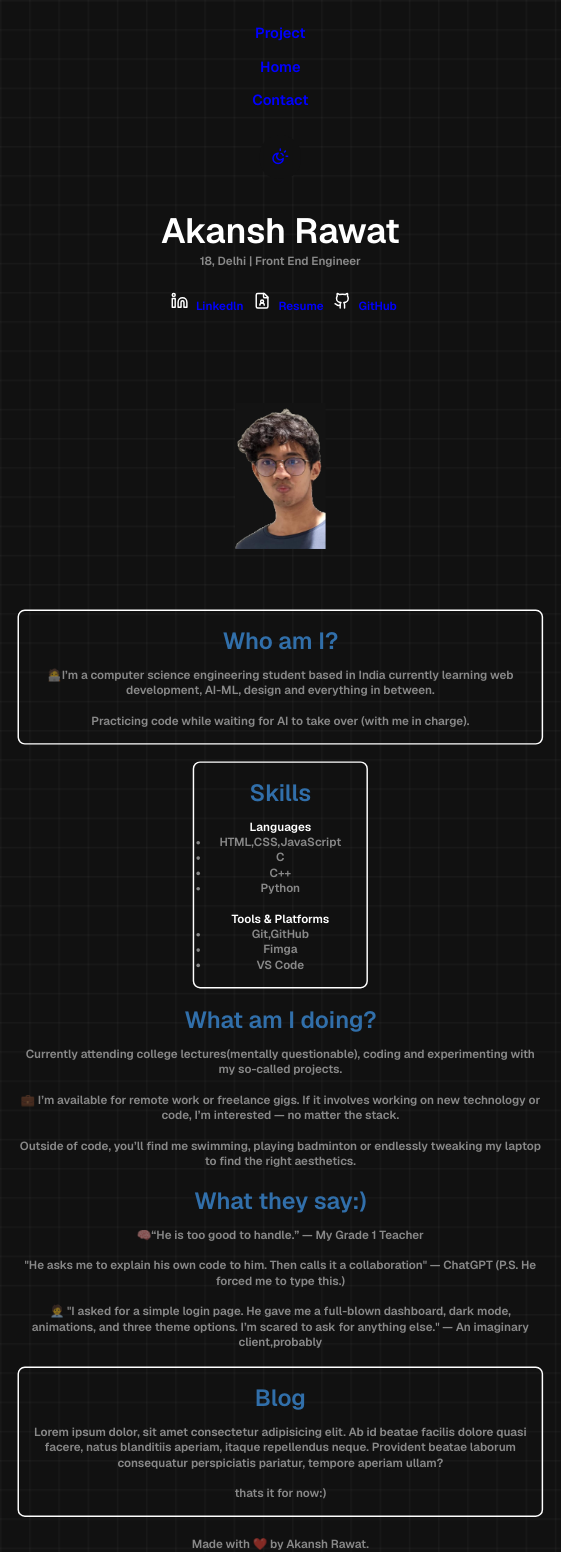
Repository: wakkawakka3/akansh-portfolio
Page: index.html
The author's editor kept a copy of each file at every save. The page is drawn from the files as they stood at one save, then again after a run of saves.
The browser window is 768 px wide. The pictures show the whole page, at 73% of full size.

Above is the page before, as saved 2025-07-14 18:40:54.

### index.html
<!DOCTYPE html>
<html lang="en">
  <head>
    <meta charset="UTF-8" />
    <meta name="viewport" content="width=device-width, initial-scale=1.0" />
    <title>Akansh Rawat</title>
    <link rel="stylesheet" href="style.css" />

    <link
      rel="stylesheet"
      href="https://cdnjs.cloudflare.com/ajax/libs/font-awesome/6.5.0/css/all.min.css"
    />
  </head>

  <body>
    <nav>
      <div class="navigation">
        <a href="project.html"> Project </a>
        <a href="index.html"> Home </a>
        <a href="contact.html"> Contact </a>
      </div>

      <div class="theme">
        <button>
          <svg
            xmlns="http://www.w3.org/2000/svg"
            width="24"
            height="24"
            viewBox="0 0 24 24"
            fill="none"
            stroke="currentColor"
            stroke-width="2"
            stroke-linecap="round"
            stroke-linejoin="round"
            class="lucide lucide-sun-moon-icon lucide-sun-moon"
          >
            <path d="M12 2v2" />
            <path d="M13 8.129A4 4 0 0 1 15.873 11" />
            <path d="m19 5-1.256 1.256" />
            <path d="M20 12h2" />
            <path d="M9 8a5 5 0 1 0 7 7 7 7 0 1 1-7-7" />
          </svg>
        </button>
      </div>
    </nav>

    <header>
      <h1>Akansh Rawat</h1>
      <p>18, Delhi | Front End Engineer</p>

      <div class="links">
        <a href="https://www.linkedin.com/in/akansh-rawat/" target="_blank">
          <svg
            xmlns="http://www.w3.org/2000/svg"
            width="24"
            height="24"
            viewBox="0 0 24 24"
            fill="none"
            stroke="white"
            stroke-width="2"
            stroke-linecap="round"
            stroke-linejoin="round"
            class="lucide lucide-linkedin-icon lucide-linkedin"
            style="margin: 0 10px"
          >
            <path
              d="M16 8a6 6 0 0 1 6 6v7h-4v-7a2 2 0 0 0-2-2 2 2 0 0 0-2 2v7h-4v-7a6 6 0 0 1 6-6z"
            />
            <rect width="4" height="12" x="2" y="9" />
            <circle cx="4" cy="4" r="2" />
          </svg>Linkedln
        </a>

        <a
          href="https://docs.google.com/document/d/1LXMpsQHbVlNELlHlzmizmCAFg_KoqvC19dNGiKBRQNE/edit?usp=sharing"
          target="_blank"
        >
          <svg
            xmlns="http://www.w3.org/2000/svg"
            width="24"
            height="24"
            viewBox="0 0 24 24"
            fill="none"
            stroke="white"
            stroke-width="2"
            stroke-linecap="round"
            stroke-linejoin="round"
            class="lucide lucide-file-user-icon lucide-file-user"
            style="margin: 0 10px"
          >
            <path d="M14 2v4a2 2 0 0 0 2 2h4" />
            <path d="M15 18a3 3 0 1 0-6 0" />
            <path
              d="M15 2H6a2 2 0 0 0-2 2v16a2 2 0 0 0 2 2h12a2 2 0 0 0 2-2V7z"
            />
            <circle cx="12" cy="13" r="2" />
          </svg>Resume
        </a>

        <a href="https://github.com/akansh5" target="_blank">
          <svg
            xmlns="http://www.w3.org/2000/svg"
            width="24"
            height="24"
            viewBox="0 0 24 24"
            fill="none"
            stroke="white"
            stroke-width="2"
            stroke-linecap="round"
            stroke-linejoin="round"
            class="lucide lucide-github-icon lucide-github"
            style="margin: 0 10px"
          >
            <path
              d="M15 22v-4a4.8 4.8 0 0 0-1-3.5c3 0 6-2 6-5.5.08-1.25-.27-2.48-1-3.5.28-1.15.28-2.35 0-3.5 0 0-1 0-3 1.5-2.64-.5-5.36-.5-8 0C6 2 5 2 5 2c-.3 1.15-.3 2.35 0 3.5A5.403 5.403 0 0 0 4 9c0 3.5 3 5.5 6 5.5-.39.49-.68 1.05-.85 1.65-.17.6-.22 1.23-.15 1.85v4"
            />
            <path d="M9 18c-4.51 2-5-2-7-2" />
          </svg>GitHub
        </a>
      </div>
    </header>

    <main>
      <div class="grid-container">
        <div class="image">
          <img src="attachments/profile-photo.jpg" />
        </div>

        <div class="introduction">
          <h2>Who am I?</h2>
          <p>
            🧑‍💻I’m a computer science engineering student based in India currently learning web development,
            AI-ML, design and everything in between.
            <br /><br />
            Practicing code while waiting for AI to take over (with me in
            charge).
          </p>
        </div>

        <div class="skills">
          <h2>Skills</h2>
          Languages
          <ul>
            <li>HTML,CSS,JavaScript</li>
            <li>C</li>
            <li>C++</li>
            <li>Python</li>
          </ul>
          <br />
          Tools & Platforms
          <ul>
            <li>Git,GitHub</li>
            <li>Fimga</li>
            <li>VS Code</li>
          </ul>
        </div>

        <div class="working">
          <h2>What am I doing?</h2>
          <p>
            Currently attending college lectures(mentally questionable),
            coding and experimenting with my so-called projects.
            <br /><br />
            💼 I’m available for remote work or freelance gigs. If it involves
            working on new technology or code, I’m interested — no matter the
            stack. <br /><br />
            Outside of code, you’ll find me swimming, playing badminton or
            endlessly tweaking my laptop to find the right aesthetics.
          </p>
        </div>

        <div class="testimonial">
          <h2>What they say:)</h2>
          <p>🧠“He is too good to handle.” — My Grade 1 Teacher</p>
          <br />
          <p>
            "He asks me to explain his own code to him. Then calls it a
            collaboration" — ChatGPT (P.S. He forced me to type this.)
          </p>
          <br />
          <p>
            🧑‍💼 "I asked for a simple login page. He gave me a full-blown
            dashboard, dark mode, animations, and three theme options. I’m
            scared to ask for anything else." — An imaginary client,probably
          </p>
        </div>
        <div class="blog">
          <h2>Blog</h2>
          <p>
            Lorem ipsum dolor, sit amet consectetur adipisicing elit. Ab id
            beatae facilis dolore quasi facere, natus blanditiis aperiam, itaque
            repellendus neque. Provident beatae laborum consequatur perspiciatis
            pariatur, tempore aperiam ullam?
            <br /><br />
            thats it for now:)
          </p>
        </div>
      </div>
    </main>

    <footer>
      <div class="footer-content">
        <p>Made with ❤️ by Akansh Rawat.</p>
      </div>
    </footer>
  </body>
</html>

### style.css
@font-face {
  font-family: "Geist-SemiBold";
  src: url("attachments/geist-font-1.5.0/fonts/Geist/otf/Geist-SemiBold.otf");
  font-weight: normal;
  font-style: normal;
}

* {
  margin: 0;
  padding: 0;
  box-sizing: border-box;
}

html,
body {
  height: 100%;
  display: flex;
  flex-direction: column;
  font-size: 16px;
  font-family: "Geist-SemiBold", sans-serif;
  background-color: #111;
  background-image: linear-gradient(
      to right,
      rgba(255, 255, 255, 0.03) 1px,
      transparent 3px
    ),
    linear-gradient(to bottom, rgba(255, 255, 255, 0.03) 1px, transparent 3px);
  background-size: 2.5rem 2.5rem;
  color: white;
}

h1 {
  display: inline-block;
  margin: 0 auto;
  text-align: center;
  font-size: 3rem;
  size-adjust: normal;
}

h1:hover {
  color: yellow;
  transition: color 1s ease;
}

h2 {
  font-size: 2rem;
  margin-bottom: 1rem;
  color: rgb(49, 111, 170);
}

p,
ul {
  font-size: 1rem;
  color: rgba(255, 255, 255, 0.5);
}

header {
  text-align: center;
  padding: 1.25rem;
}

nav {
  size: 2rem;
  display: flex;
  justify-content: space-between;
  align-items: center;
  flex-wrap: wrap;
  padding: 1rem;
  font-size: 1.25rem;
}

a {
  size: 2rem;
  color: blue;
  text-decoration: none;
  background-color: transparent;
}

a:hover {
  color: red;
  transition: color 1s ease;
}

nav button {
  background-color: #111;
  margin: 0.25rem;
  padding: 1rem;
}

.navigation {
  display: flex;
  padding: 1rem;
  gap: 1.25rem;
}

.theme {
  display: flex;
  align-items: center;
  justify-content: center;
}

.theme :hover {
  color: red;
  transition: color 1s ease;
}

footer {
  font-size: 1rem;
  margin: 2rem;
  text-align: center;
}

.footer-content {
  color: #8b8b8b8b;
  display: flex;
  flex-direction: column;
  margin: 2rem 0px 0px 0px;
  align-items: center;
  justify-content: center;
}

button {
  background-color: transparent;
  color: blue;
  padding: 0.625rem 1.25rem;
  border-radius: 1.5625rem;
  border: none;
  cursor: pointer;
}

.links {
  margin-top: 2rem;
}

.grid-container {
  display: grid;
  grid-template-columns: repeat(auto-fit, minmax(15rem, 1fr));
  gap: 1.5rem;
  justify-content: center;
  height: 100%;
  margin: 2.5rem auto 0;
  width: 100%;
  max-width: 45rem;
}

.grid-container .image {
  display: flex;
  justify-content: center;
  align-items: center;
  min-width: 15rem;
  min-height: 20rem;
  max-width: 100%;
  max-height: 100%;
  border-radius: 1rem;
  overflow: hidden;
}

.introduction,
.skills,
.blog,
.message,
.socials,
.location,
.project-1,
.project-2 {
  background-color: #1a1a1a;
  padding: 1.25rem;
  border: 0.125rem solid white;
  border-radius: 0.625rem;
  min-height: 20rem;
  min-width: 15rem;
  overflow: auto;
}

.image img {
  width: 100%;
  height: auto;
  max-height: 200px;
  object-fit: contain;
  border-radius: 1rem;
  display: block;
  margin: 0 auto;
}

@media (max-width: 768px) {
  .grid-container {
    grid-template-columns: 1fr;
    place-items: center;
    gap: 16px;
  }

  .image,
  .introduction,
  .skills,
  .working,
  .testimonial,
  .blog {    max-width: 100%;
    min-height: auto;
    background-color: transparent;
    text-align: center;
  }

  nav {
    flex-direction: column;
    gap: 0.5rem;
    align-items: center;
  }

  .navigation {
    flex-direction: column;
    align-items: center;
  }

  .theme {
    margin-top: 0.5rem;
  }
}

After the next 2 saves:
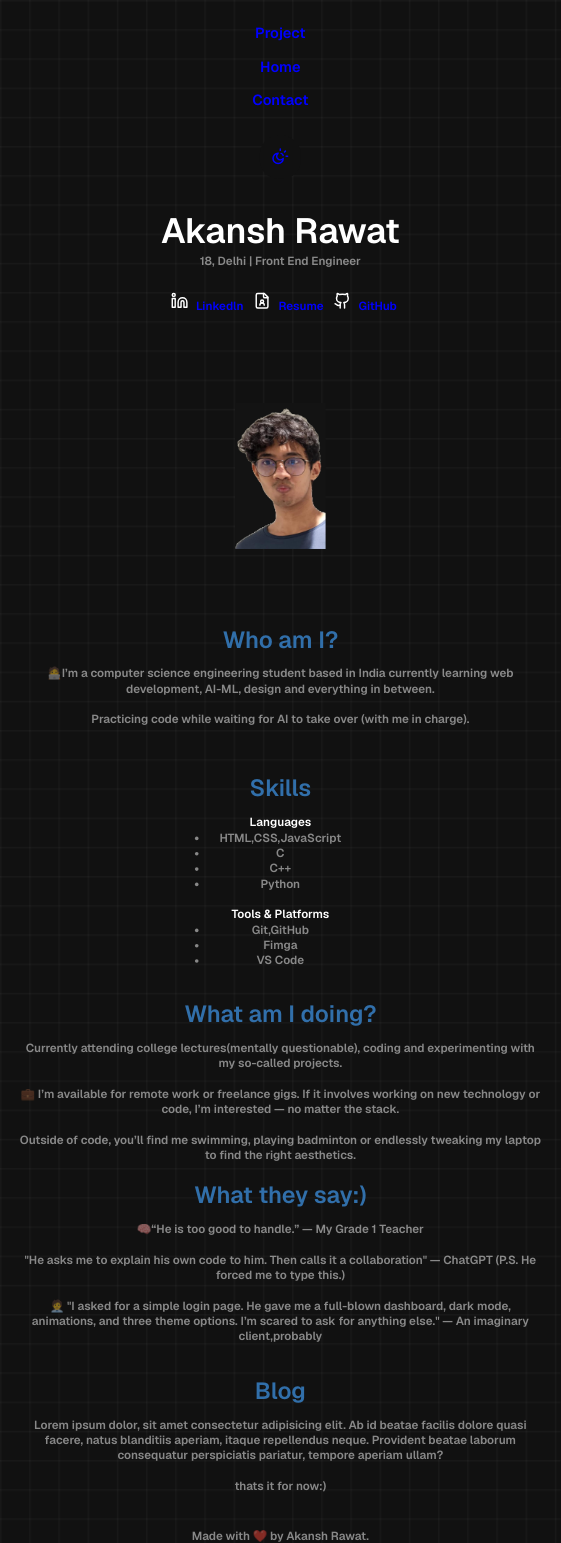
The 2 saves are shown as one change because they came seconds apart.
The last was saved 8 s later.
--- a/style.css
+++ b/style.css
@@ -194,7 +194,9 @@ button {
   .skills,
   .working,
   .testimonial,
-  .blog {    max-width: 100%;
+  .blog {
+    border: none;
+    max-width: 100%;
     min-height: auto;
     background-color: transparent;
     text-align: center;
